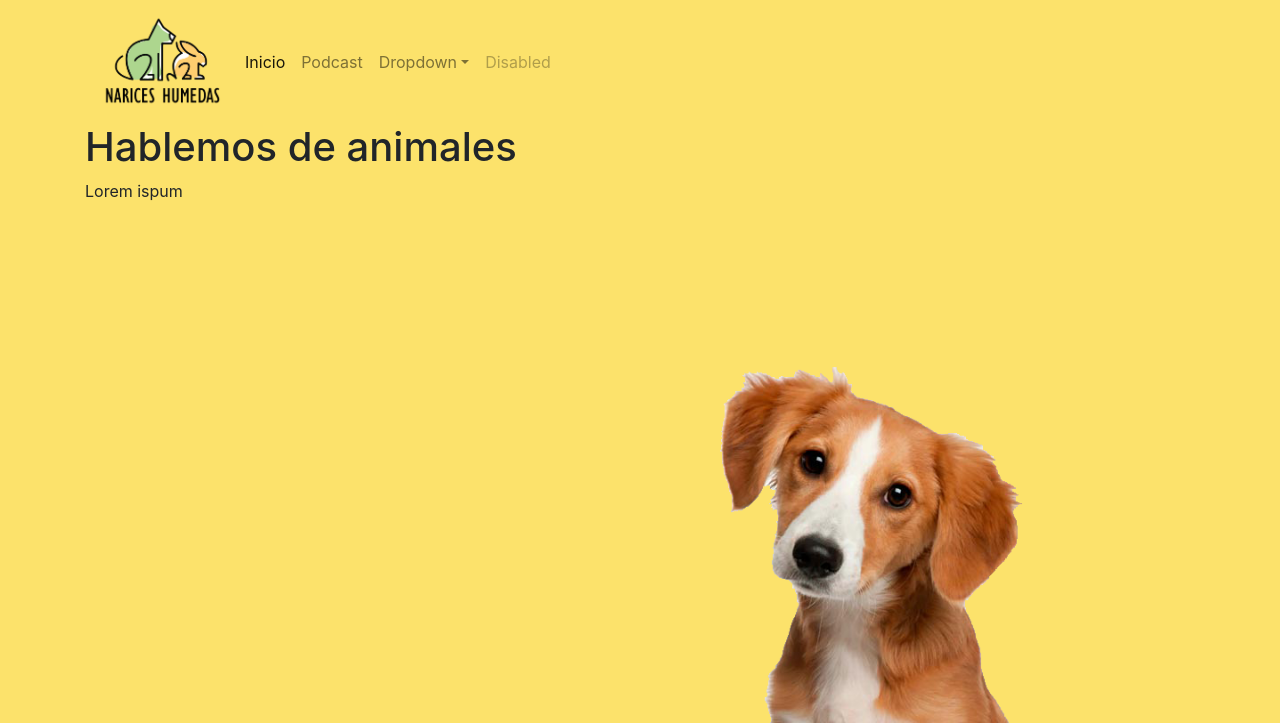
Repository: conceptorobledo/narices-react-website
Page: /
These files come from the project's save history. The page is drawn as it stood at one moment and after the next save; the edit follows.
The browser window is 1280 px wide. The pictures show the whole page.
The project was rebuilt for these pictures with package versions that can differ from the ones it lists, and the page was loaded fresh each time.

Above is the page before, as saved 2018-11-04 13:54:35.

### public/index.html
<!DOCTYPE html>
<html lang="en">

<head>
  <meta charset="utf-8">
  <meta name="viewport" content="width=device-width, initial-scale=1, shrink-to-fit=no">
  <meta name="theme-color" content="#000000">
  <!--
      manifest.json provides metadata used when your web app is added to the
      homescreen on Android. See https://developers.google.com/web/fundamentals/engage-and-retain/web-app-manifest/
    -->
  <link rel="manifest" href="%PUBLIC_URL%/manifest.json">
  <link rel="shortcut icon" href="%PUBLIC_URL%/favicon.ico">
  <!--
      Notice the use of %PUBLIC_URL% in the tags above.
      It will be replaced with the URL of the `public` folder during the build.
      Only files inside the `public` folder can be referenced from the HTML.

      Unlike "/favicon.ico" or "favicon.ico", "%PUBLIC_URL%/favicon.ico" will
      work correctly both with client-side routing and a non-root public URL.
      Learn how to configure a non-root public URL by running `npm run build`.
    -->
  <title>React App</title>
</head>

<body>
  <noscript>
    You need to enable JavaScript to run this app.
  </noscript>
  <div id="root"></div>
  <!--
      This HTML file is a template.
      If you open it directly in the browser, you will see an empty page.

      You can add webfonts, meta tags, or analytics to this file.
      The build step will place the bundled scripts into the <body> tag.

      To begin the development, run `npm start` or `yarn start`.
      To create a production bundle, use `npm run build` or `yarn build`.
    -->

  <script src="https://code.jquery.com/jquery-3.3.1.slim.min.js" integrity="sha384-q8i/X+965DzO0rT7abK41JStQIAqVgRVzpbzo5smXKp4YfRvH+8abtTE1Pi6jizo"
    crossorigin="anonymous"></script>
  <script src="https://cdnjs.cloudflare.com/ajax/libs/popper.js/1.14.3/umd/popper.min.js" integrity="sha384-ZMP7rVo3mIykV+2+9J3UJ46jBk0WLaUAdn689aCwoqbBJiSnjAK/l8WvCWPIPm49"
    crossorigin="anonymous"></script>
  <script src="https://stackpath.bootstrapcdn.com/bootstrap/4.1.3/js/bootstrap.min.js" integrity="sha384-ChfqqxuZUCnJSK3+MXmPNIyE6ZbWh2IMqE241rYiqJxyMiZ6OW/JmZQ5stwEULTy"
    crossorigin="anonymous"></script>

</body>

</html>

### src/App.js
import React, { Component } from 'react';
import Header from './components/Layout/Header';
import './App.css';
import 'bootstrap/dist/css/bootstrap.css'

class App extends Component {
  render() {
    return (
      <div className="App">
        <Header />
      </div>
    );
  }
}

export default App;

### src/components/Layout/Header.js
import React from 'react';
import Hero from './Hero';
import Navbar from '../Navigation/Navbar'

import './Header.css';

const header = () => {
    return (
        <header>
            <Navbar />
            <Hero />
        </header>
    );
};

export default header;

### src/components/Layout/Hero.js
import React from 'react';
import './Hero.css';

const hero = () => {
    return (
        <section id="Hero">
            <div className="container">
                <div className="row">
                    <div className="col left">
                        <div className="justify-content-center align-items-center">
                            <h1>Hablemos de animales</h1>
                            <p>Lorem ispum  </p>
                        </div>
                    </div>
                    <div className="col background-png h-100">
                    </div>
                </div>
            </div>
        </section>
    );
};

export default hero;

### src/components/Navigation/Navbar.js
import React from 'react';

import './Navbar.css'

const navbar = () => {
    return (
        <div className="container Navbar">
            <nav className="navbar navbar-expand-lg navbar-light ">
                <a className="navbar-brand order-md-0" href="#"> <img src="logo.png" alt="Narices Humedas - Podcast de animales" /></a>
                <button className="navbar-toggler" type="button" data-toggle="collapse" data-target="#navbarSupportedContent" aria-controls="navbarSupportedContent" aria-expanded="false" aria-label="Toggle navigation">
                    <span className="navbar-toggler-icon"></span>
                </button>

                <div className="collapse navbar-collapse" id="navbarSupportedContent">
                    <ul className="navbar-nav mr-auto">
                        <li className="nav-item active">
                            <a className="nav-link" href="#">Inicio <span className="sr-only">(current)</span></a>
                        </li>
                        <li className="nav-item">
                            <a className="nav-link" href="#">Podcast</a>
                        </li>
                        <li className="nav-item dropdown">
                            <a className="nav-link dropdown-toggle" href="#" id="navbarDropdown" role="button" data-toggle="dropdown" aria-haspopup="true" aria-expanded="false">
                                Dropdown
                    </a>
                            <div className="dropdown-menu" aria-labelledby="navbarDropdown">
                                <a className="dropdown-item" href="#">Action</a>
                                <a className="dropdown-item" href="#">Another action</a>
                                <div className="dropdown-divider"></div>
                                <a className="dropdown-item" href="#">Something else here</a>
                            </div>
                        </li>
                        <li className="nav-item">
                            <a className="nav-link disabled" href="#">Disabled</a>
                        </li>
                    </ul>
                </div>
            </nav>
        </div>
    );
};

export default navbar;

### src/components/Layout/Header.css
header {
    background-color:#FCE26B;
}

### src/components/Layout/Hero.css


section .container
.row {
    height: 600px;
}

.left {
    text-align:left;
}

.col.background-png {
    background: url("/perro-mestizo.png") no-repeat 25% bottom;
    background-size: 60%;
}

### src/components/Navigation/Navbar.css
.navbar-brand img {
    width:120px;
}

Loaded but not shown: src/index.js (common file); src/index.css (common file); src/registerServiceWorker.js (common file); src/App.css (common file)

After the next save:
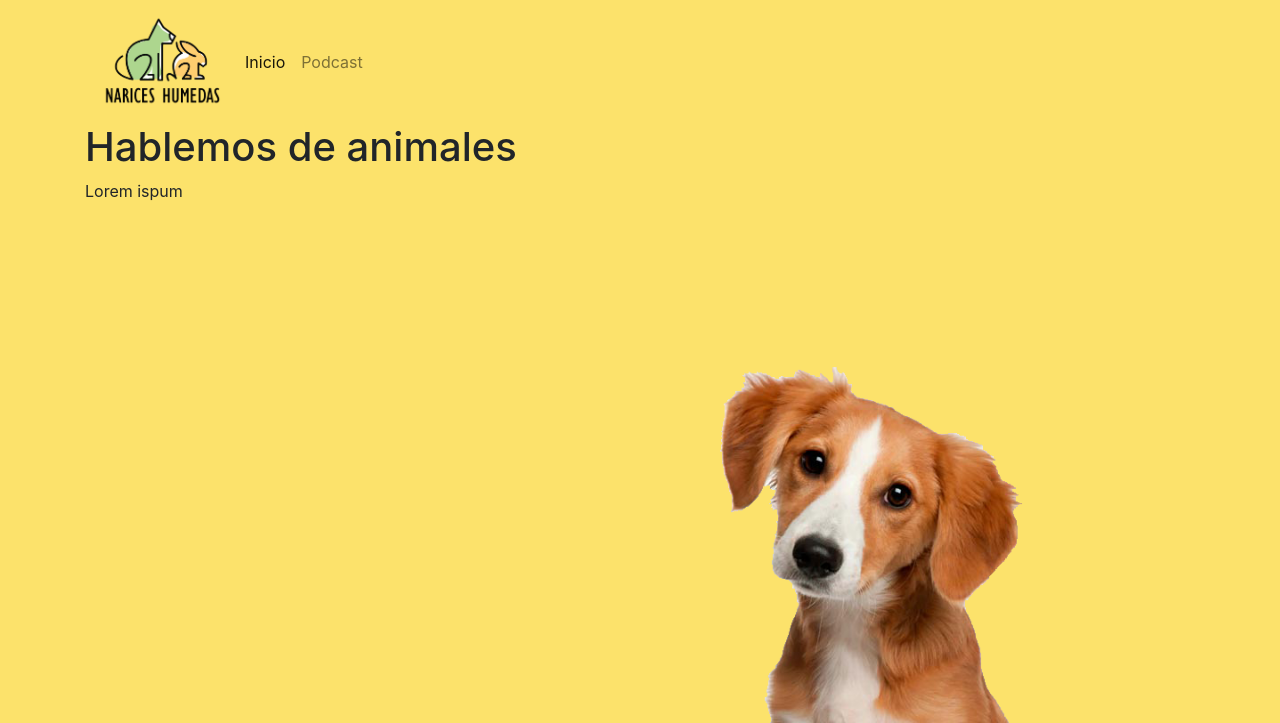
Saved 18 s later.
--- a/src/components/Navigation/Navbar.js
+++ b/src/components/Navigation/Navbar.js
@@ -19,20 +19,7 @@ const navbar = () => {
                         <li className="nav-item">
                             <a className="nav-link" href="#">Podcast</a>
                         </li>
-                        <li className="nav-item dropdown">
-                            <a className="nav-link dropdown-toggle" href="#" id="navbarDropdown" role="button" data-toggle="dropdown" aria-haspopup="true" aria-expanded="false">
-                                Dropdown
-                    </a>
-                            <div className="dropdown-menu" aria-labelledby="navbarDropdown">
-                                <a className="dropdown-item" href="#">Action</a>
-                                <a className="dropdown-item" href="#">Another action</a>
-                                <div className="dropdown-divider"></div>
-                                <a className="dropdown-item" href="#">Something else here</a>
-                            </div>
-                        </li>
-                        <li className="nav-item">
-                            <a className="nav-link disabled" href="#">Disabled</a>
-                        </li>
+
                     </ul>
                 </div>
             </nav>
